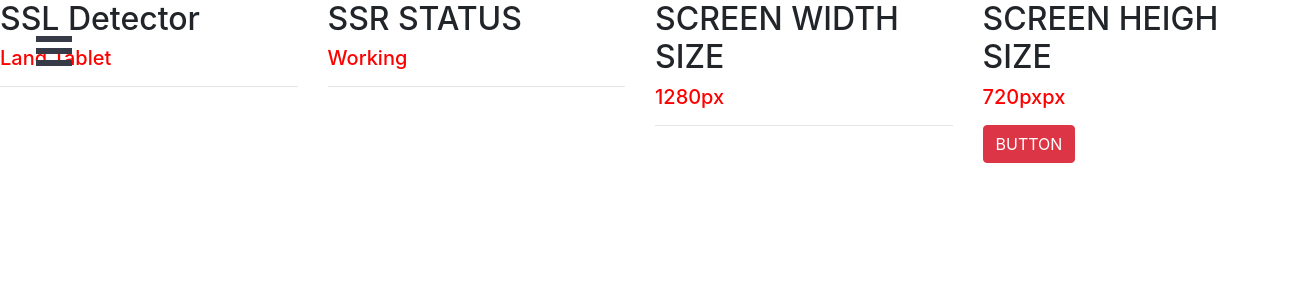
Repository: adrihle/screen-detector-nextpwa
Page: /
These files come from the project's save history. The page is drawn as it stood at one moment and after the next save; the edit follows.
The browser window is 1280 px wide. The page is 1295 px wide, then 1280 px, so the pictures cover 1295 px, including what lies to the right of the window. The pictures show the whole page.
The project was rebuilt for these pictures with package versions that can differ from the ones it lists, and the page was loaded fresh each time. The framework's server and built-in components were replaced by stand-ins that run in the browser. Imported but missing from the stored project, and not drawn on this page: pages/_document.

Above is the page before, as saved 2020-12-29 18:37:29.

After the next save:
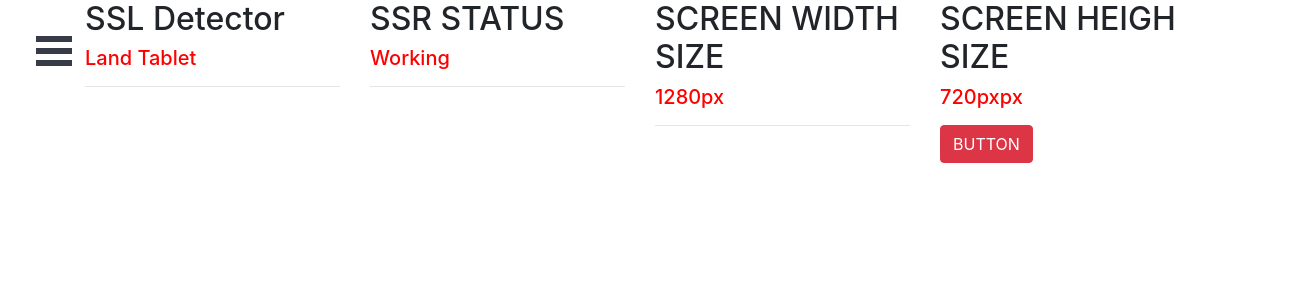
Saved 11 s later.
--- a/pages/index.js
+++ b/pages/index.js
@@ -7,7 +7,7 @@ const Index = ({ server, measures, screen }) => {
 
 
   return (
-    <div  id='container'>
+    <div  className='container'>
       <div className='row' id='content'>
         <div className="col-md-6 col-lg-3">
           <h2>SSL Detector</h2>
